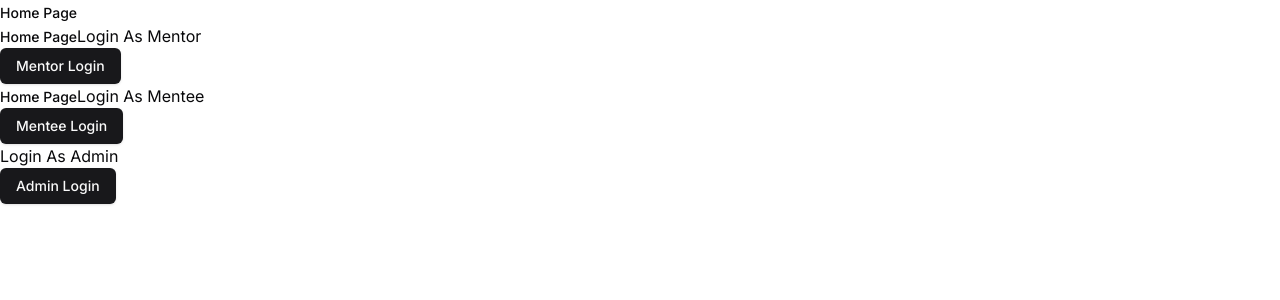
Repository: gauravbhindwar/mentorlink
Page: /
An editor plug-in stored every save of this project. The page is shown before and after the next save, followed by the edit.
The browser window is 1280 px wide. The pictures show the whole page.
The project was rebuilt for these pictures with package versions that can differ from the ones it lists, and the page was loaded fresh each time. The framework's server and built-in components were replaced by stand-ins that run in the browser. Also part of the build but not shown: next.config.js, next.config.ts.

Above is the page before, as saved 2024-11-06 12:29:15.

After the next save:
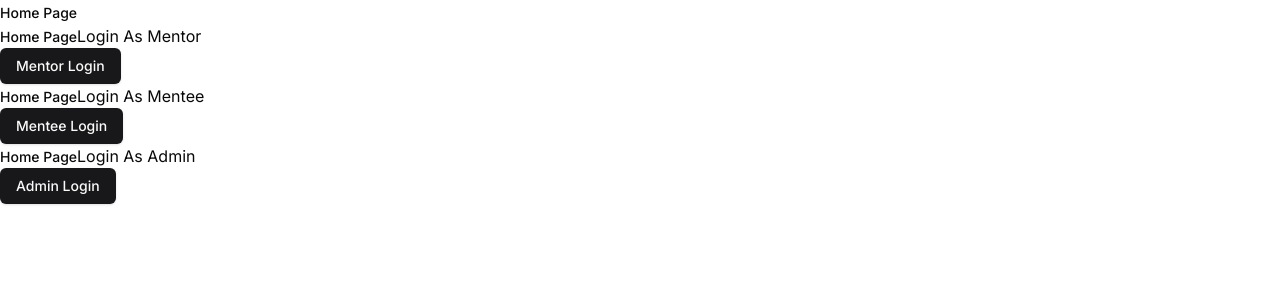
Saved 8 s later.
--- a/src/components/HomePage/HomePage.jsx
+++ b/src/components/HomePage/HomePage.jsx
@@ -20,7 +20,8 @@
                 <Button>Mentee Login</Button>
             </div>
             <div>
-                <div> Login As Admin
+                <div>
+                    <Label>Home Page</Label>Login As Admin
                 </div>
                 <Button>Admin Login</Button>
             </div>
